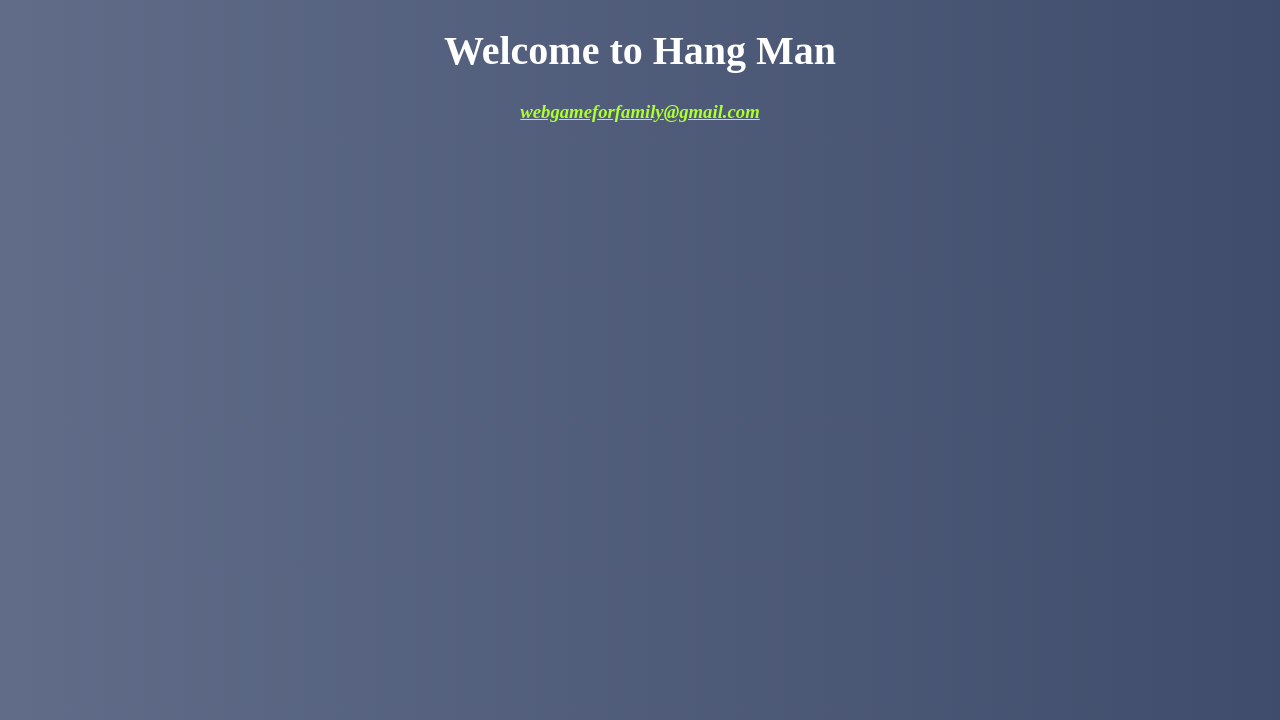
Repository: Darkingfired/Game
Page: hangman.html
An editor plug-in stored every save of this project. The page is shown before and after the next save, followed by the edit.
The browser window is 1280 px wide. The pictures show the whole page.

Above is the page before, as saved 2022-11-12 20:44:57.

### hangman.html
<!DOCTYPE html>
<html lang="en">

<head>
    <div>
        <meta charset="UTF-8">
        <meta http-equiv="X-UA-Compatible" content="IE=edge">
        <meta name="viewport" content="width=device-width, initial-scale=1.0">
        <link rel="stylesheet" href="style.css" />
        <script src="Game.js"></script>
        <title>Hang Man game</title>
    </div>
</head>

<body>
    <div>
        <h1>Welcome to Hang Man</h1>
        <script>
            function draw(){
                var ctx = document.getElementById("myCanvas").getContext("2d");
                var img = new Image();
                <!-- img.src = "2c.jpg"; -->
                 img.src = "./hangman_copy.jpg";

                ctx.drawImage(img,0,0);
            }

        </script>

        <!-- <canvas id="myCanvas"></canvas> -->
        <!-- <canvas id="my-canvas" width="400px" height="200px"></canvas> -->
        <!-- <img id="myImage" src="./hangman copy.jpg" height="25px", width="25px"/> -->

         <!-- <script>
            window.onload = function(){
                const canvas = document.getElementById("myCanvas");
                const ctx = canvas.getContext("2d")
                const image = document. getElementById("myImage");
                ctx.drawImage(image, 0, 0);}
        </script> -->
        <!-- <script>
            context.drawImage('./cat.jpg', 0, 0);
            const canvas = document.getElementById('canvas'); const context = canvas.getContext('2d'); const img = new Image();        img.src = './cat.jpg';        img.onload = () => {          context.drawImage(img, 0, 0);        };
            const myCanvas = document.getElementById('my-canvas'); const myContext = myCanvas.getContext('2d');
        </script> -->


        <h3>
            <address><a href="mailto:">webgameforfamily@gmail.com</a></address>
        </h3>
    </div>

</body>

</html>

### style.css
body {
  /** background-image: linear-gradient(to right, #f46b45, #eea849); */
  background-image: linear-gradient(to right, #606c88, #3f4c6b);
  color: white;
  text-align: center;
}
.wrapper {
  width: fit-content;
  margin: auto;
}
.hint-div {
  display: flex;
  color: chartreuse;
}
.hint-button,
.reset-button,
.notification-button {
  cursor: pointer;
}
.reset-button {
  margin-left: auto;
}
.alpha {
  width: 2rem;
  height: 2rem;
  background: #ffe5b4;
  border: none;
  border-radius: 4px;
  margin: 3px;
  cursor: pointer;
}
.alpha:hover {
  background-color: #e75480;
  border: none;
}
.disabled {
  pointer-events: none;
  background-color: darkgray;
}

.word-div {
  display: inline-flex;
}
.word {
  margin-right: 1.5rem;
}
.notification {
  position: absolute;
  top: 50%;
  left: 50%;
  transform: translate(-50%, -50%);
  background: #fc6c85;
  width: 20rem;
  padding: 20px 10px;
  border-radius: 4px;
  box-shadow: 3px 3px 1px 1px rgba(0, 0, 0, 0.2);
}
.blur {
  filter: blur(2px);
}
.hidden {
  display: none;
}
form {
  display: block;
  font-size: 30px;
}
h1{
  font-size: 40px;
}
label{
  font-size: 40px;
}
input{
  font-size: 20px;
}
a{
  color:greenyellow;
}

### Game.js
// // const canvas = document.getElementById("myCanvas");
// // const ctx = canvas.getContext("2d");


// // var image = new Image();
// //image.src = './hangman copy.jpg';


// //  window.onload = function()
// // {
// //   image.src = './hangman copy.jpg';
// //   const canvas = document.getElementById("myCanvas");
// //   const ctx = canvas.getContext("2d");
// //   const image = document. getElementById("myImage");
// //   ctx.drawImage(image, 1, 1);
// //}
// context.drawImage('./cat.jpg', 0, 0);
// const canvas = document.getElementById('canvas'); const context = canvas.getContext('2d'); const img = new Image();        img.src = './cat.jpg';        img.onload = () => {          context.drawImage(img, 0, 0);        };
// const myCanvas = document.getElementById('my-canvas'); const myContext = myCanvas.getContext('2d');

After the next save:
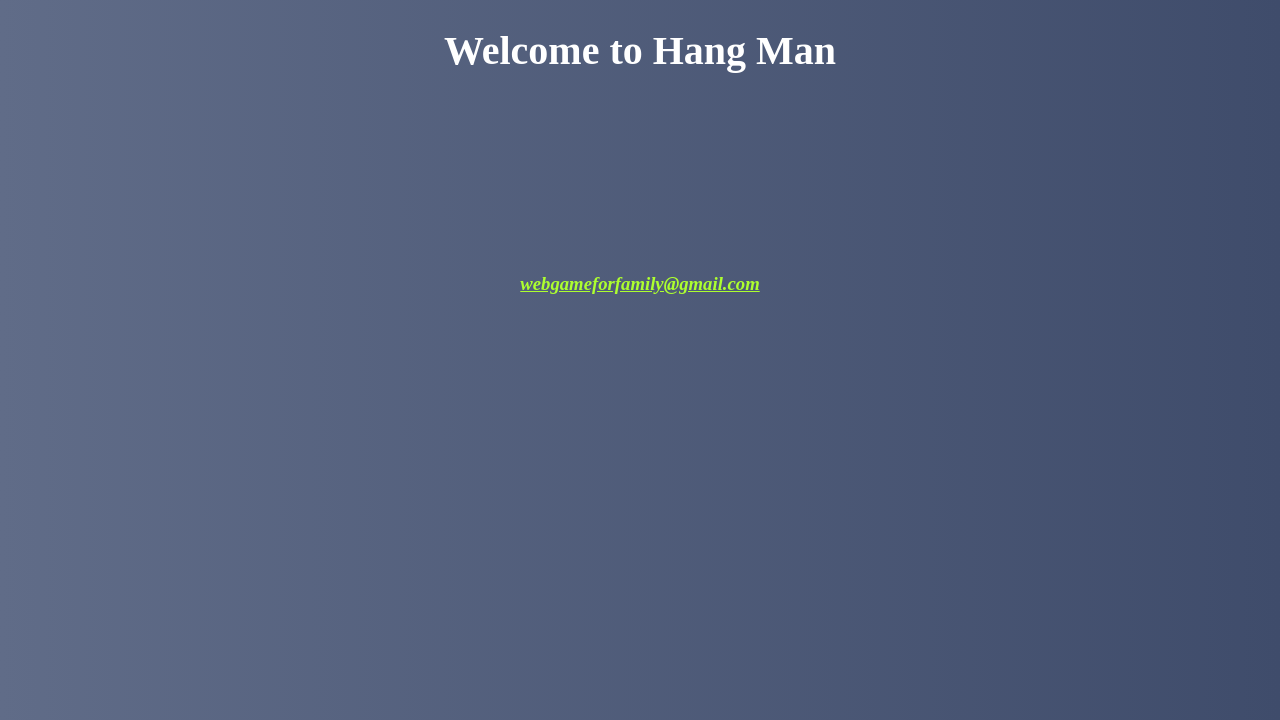
Saved 21 s later.
--- a/hangman.html
+++ b/hangman.html
@@ -27,7 +27,7 @@
 
         </script>
 
-        <!-- <canvas id="myCanvas"></canvas> -->
+        <canvas id="myCanvas"></canvas>
         <!-- <canvas id="my-canvas" width="400px" height="200px"></canvas> -->
         <!-- <img id="myImage" src="./hangman copy.jpg" height="25px", width="25px"/> -->
 
